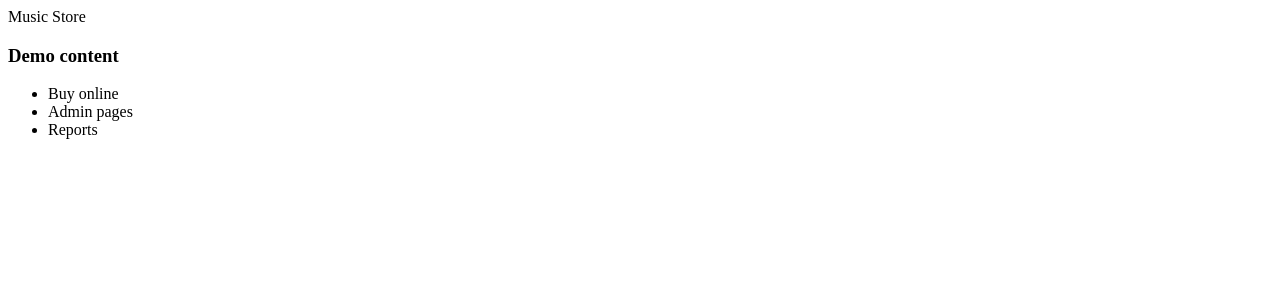
Repository: OnlyLight/Dua_Thu
Page: http://localhost/MusicStore/
The author's editor kept a copy of each file at every save. The page is drawn from the files as they stood at one save, then again after the next save.
The browser window is 1280 px wide. The pictures show the whole page.
The page is served by Tomcat 9.

Above is the page before, as saved 2018-05-13 03:06:52.

After the next save:
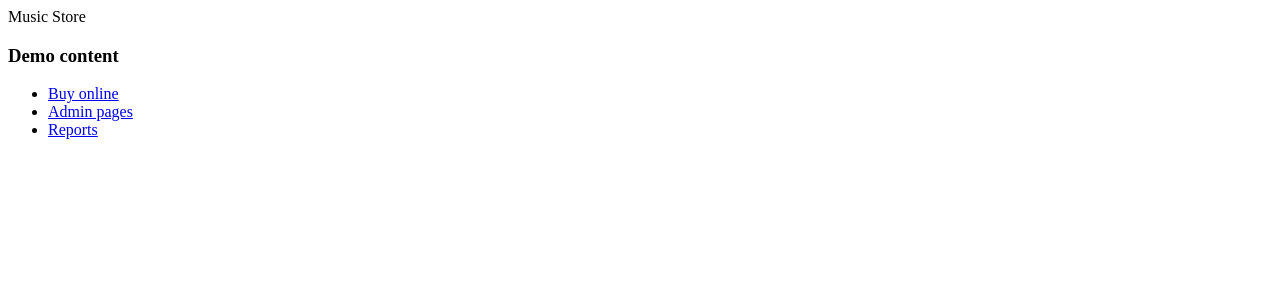
Saved 52 s later.
--- a/JavaWeb/MusicStore/src/main/webapp/WEB-INF/views/index.jsp
+++ b/JavaWeb/MusicStore/src/main/webapp/WEB-INF/views/index.jsp
@@ -14,9 +14,9 @@
 		<h3>Demo content</h3>
 
 		<ul>
-			<li>Buy online</li>
-			<li>Admin pages</li>
-			<li>Reports</li>
+			<li><a href="#">Buy online</a></li>
+			<li><a href="#">Admin pages</a></li>
+			<li><a href="#">Reports</a></li>
 		</ul>
 	</div>
 </body>
